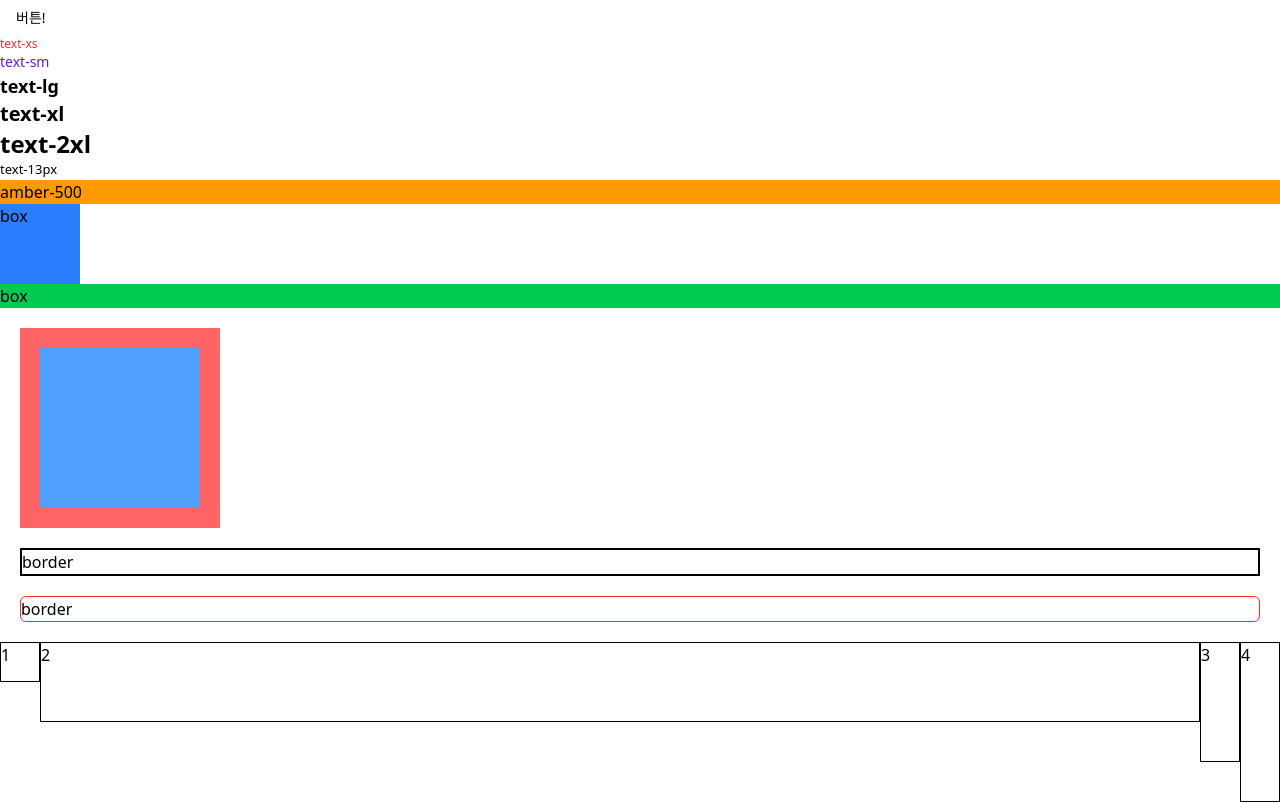
Repository: kkhhjjoo/onebite-tailwind
Page: /
An editor plug-in stored every save of this project. The page is shown before and after the next save, followed by the edit.
The browser window is 1280 px wide. The pictures show the whole page.
The project was rebuilt for these pictures with package versions that can differ from the ones it lists, and the page was loaded fresh each time. Also part of the build but not shown: vite.config.ts, src/App.css.

Above is the page before, as saved 2025-12-24 20:33:51.

After the next save:
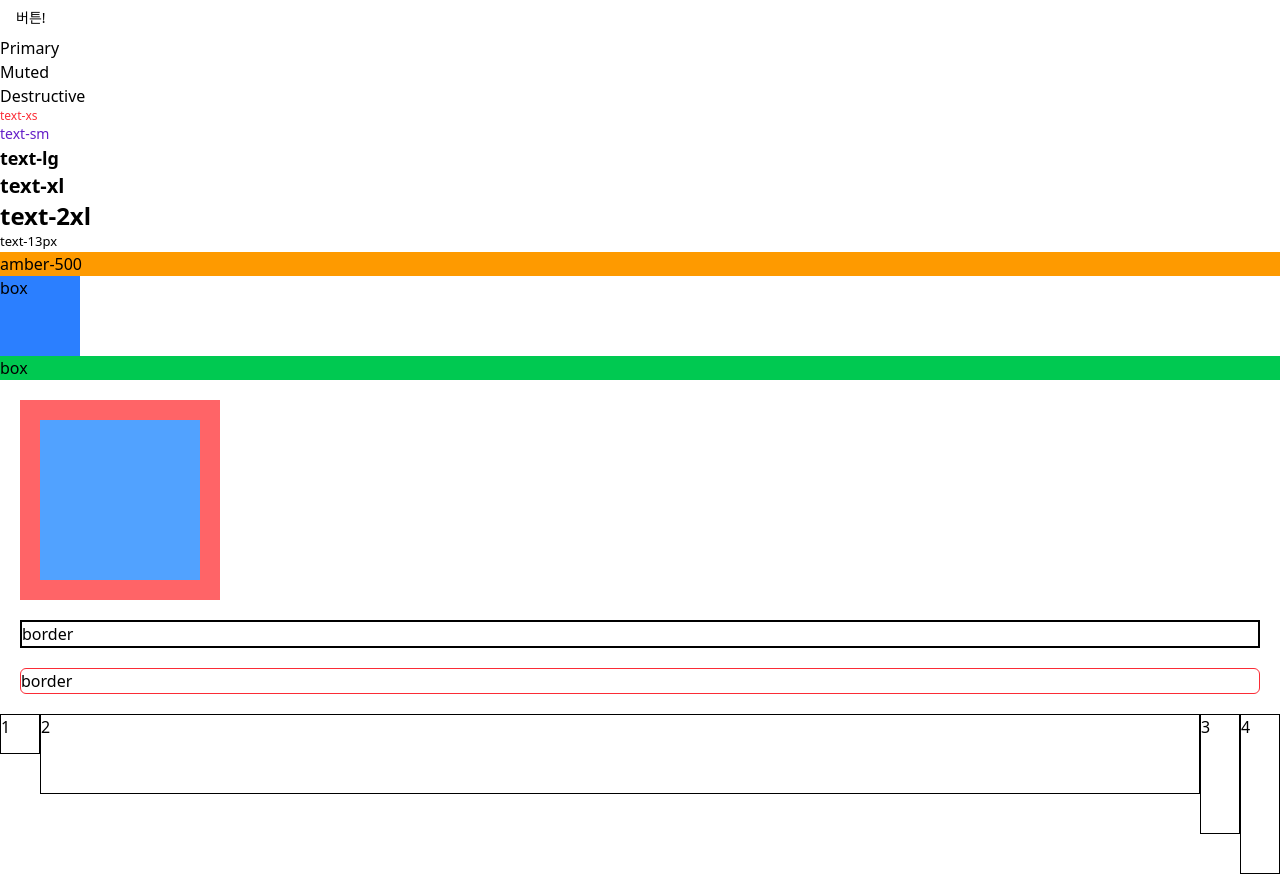
Saved 28 s later.
--- a/src/App.tsx
+++ b/src/App.tsx
@@ -5,9 +5,9 @@ function App() {
   return (
     <div>
       <Button>버튼!</Button>
-      <div></div>
-      <div></div>
-      <div></div>
+      <div>Primary</div>
+      <div>Muted</div>
+      <div>Destructive</div>
       {/* 1. 타이포그래프 */}
       <div className="text-xs text-red-500">text-xs</div>
       <div className="text-sm text-[rgb(100,30,200)]">text-sm</div>
